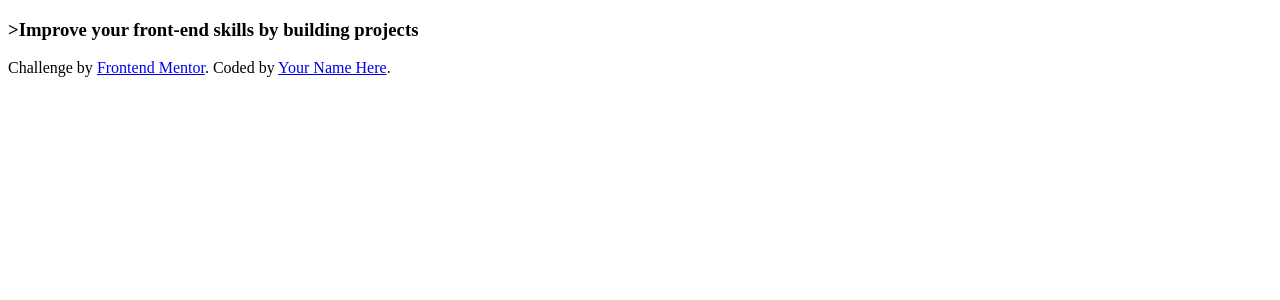
Repository: Arkitecth/QR-Code-Component
Page: index.html
The author's editor kept a copy of each file at every save. The page is drawn from the files as they stood at one save, then again after the next save.
The browser window is 1280 px wide. The pictures show the whole page.

Above is the page before, as saved 2023-05-30 16:50:17.

After the next save:
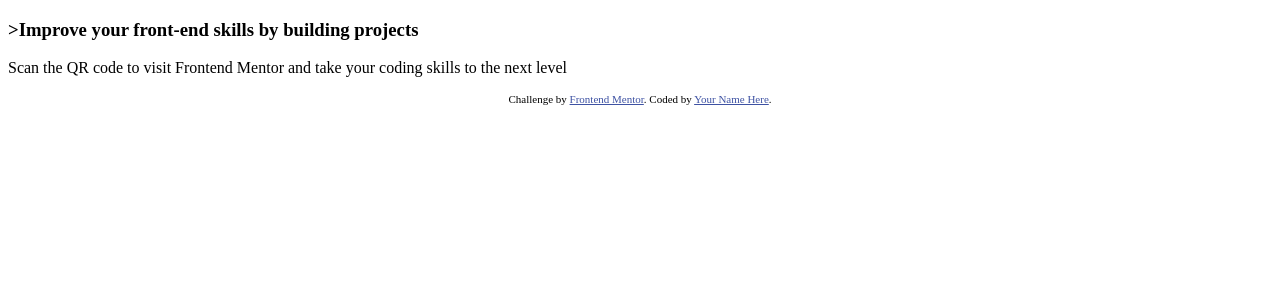
Saved 19 s later.
--- a/index.html
+++ b/index.html
@@ -16,9 +16,8 @@
 </head>
 <body>
 
- <h3>>Improve your front-end skills by building projects</h3
-
-  Scan the QR code to visit Frontend Mentor and take your coding skills to the next level
+ <h3>>Improve your front-end skills by building projects</h3>
+ <p>Scan the QR code to visit Frontend Mentor and take your coding skills to the next level</p>
 
   <div class="attribution">
     Challenge by <a href="https://www.frontendmentor.io?ref=challenge" target="_blank">Frontend Mentor</a>.
